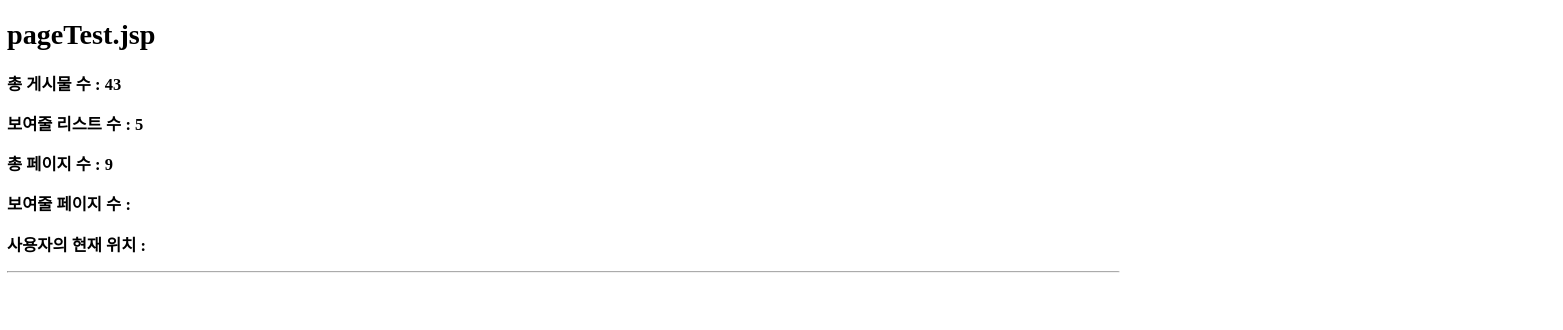
Repository: Rege-97/test
Page: http://localhost/myweb/pageTest.jsp
The author's editor kept a copy of each file at every save. The page is drawn from the files as they stood at one save, then again after the next save.
The browser window is 1280 px wide. The page is 1280 px wide, then 1776 px, so the pictures cover 1776 px, including what lies to the right of the window. The pictures show the whole page, at 88% of full size.
The page is served by Tomcat 9. Other server files are loaded and not shown.

Above is the page before, as saved 2025-03-24 03:13:08.

### myweb/src/main/webapp/pageTest.jsp
<%@ page language="java" contentType="text/html; charset=UTF-8" pageEncoding="UTF-8"%>
<!DOCTYPE html>
<html>
<head>
<meta charset="UTF-8">
<title>Insert title here</title>
</head>
<%
// 총 게시물 수
int totalCnt = 43; // db로부터 조회

//보여줄 리스트 수
int listSize = 5;

// 총 페이지 수
int totalPage = (totalCnt / listSize) + 1;
if (totalCnt % listSize == 0)
	totalPage--;


%>
<body>
	<h1>pageTest.jsp</h1>
	<h3>총 게시물 수 : <%=totalCnt %></h3>
	<h3>보여줄 리스트 수 : <%=listSize %></h3>
	<h3>총 페이지 수 : <%=totalPage %></h3>
	<h3>보여줄 페이지 수 :</h3>
	<h3>사용자의 현재 위치 :</h3>
	<hr>
</body>
</html>

After the next save:
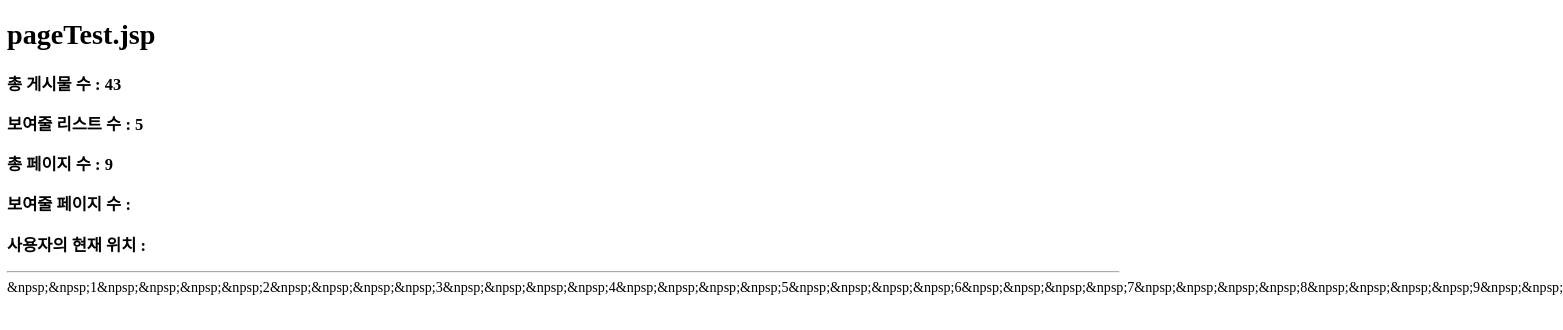
Saved 2 min 57 s later.
--- a/myweb/src/main/webapp/pageTest.jsp
+++ b/myweb/src/main/webapp/pageTest.jsp
@@ -16,16 +16,19 @@
 int totalPage = (totalCnt / listSize) + 1;
 if (totalCnt % listSize == 0)
 	totalPage--;
-
-
 %>
 <body>
 	<h1>pageTest.jsp</h1>
-	<h3>총 게시물 수 : <%=totalCnt %></h3>
-	<h3>보여줄 리스트 수 : <%=listSize %></h3>
-	<h3>총 페이지 수 : <%=totalPage %></h3>
+	<h3>총 게시물 수 : <%=totalCnt%></h3>
+	<h3>보여줄 리스트 수 : <%=listSize%></h3>
+	<h3>총 페이지 수 : <%=totalPage%></h3>
 	<h3>보여줄 페이지 수 :</h3>
 	<h3>사용자의 현재 위치 :</h3>
 	<hr>
+	<%
+	for (int i = 1; i <= totalPage; i++) {
+		%>&npsp;&npsp;<%=i %>&npsp;&npsp;<%
+	}
+	%>
 </body>
 </html>
